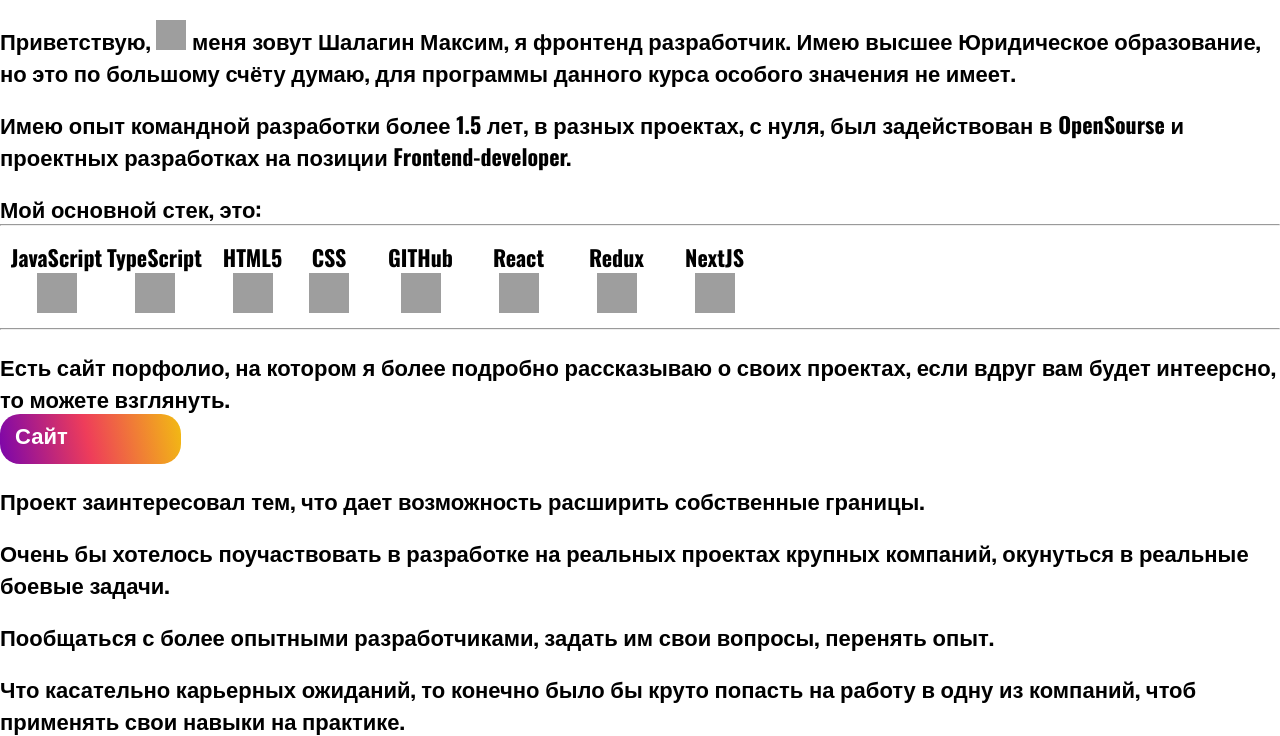
Repository: ni4egonepridumal/letter
Page: index.html
An editor plug-in stored every save of this project. The page is shown before and after the next save, followed by the edit.
The browser window is 1280 px wide. The pictures show the whole page.
Pictures or frames that could not be fetched are drawn as grey boxes.

Above is the page before, as saved 2024-01-18 17:52:04.

After the next save:
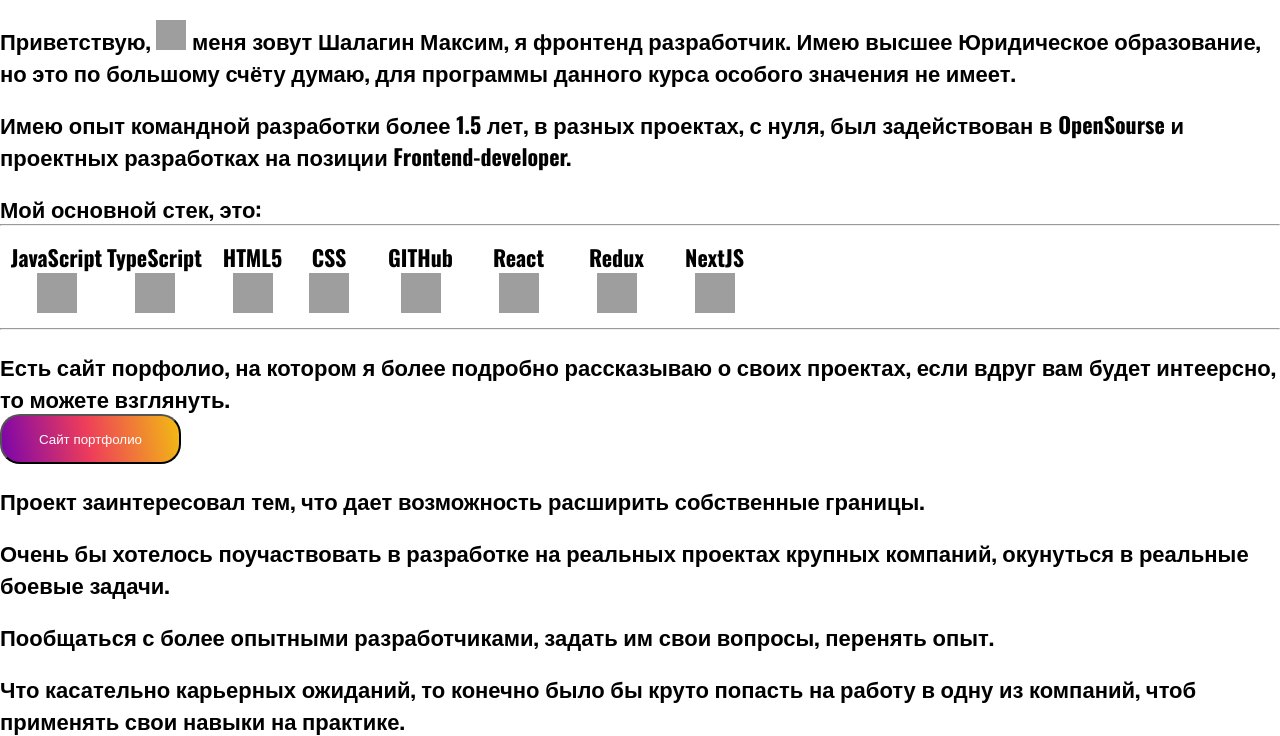
Saved 29 s later.
--- a/index.html
+++ b/index.html
@@ -115,11 +115,11 @@
         Есть сайт порфолио, на котором я более подробно рассказываю о своих
         проектах, если вдруг вам будет интеерсно, то можете взглянуть.
       </p>
-      <div class="inner_href">
+      <button class="inner_href">
         <a class="href" href="https://portfolio-three-taupe-20.vercel.app/"
           >Сайт портфолио</a
         >
-      </div>
+      </button>
       <p>
         Проект заинтересовал тем, что дает возможность расширить собственные
         границы.
